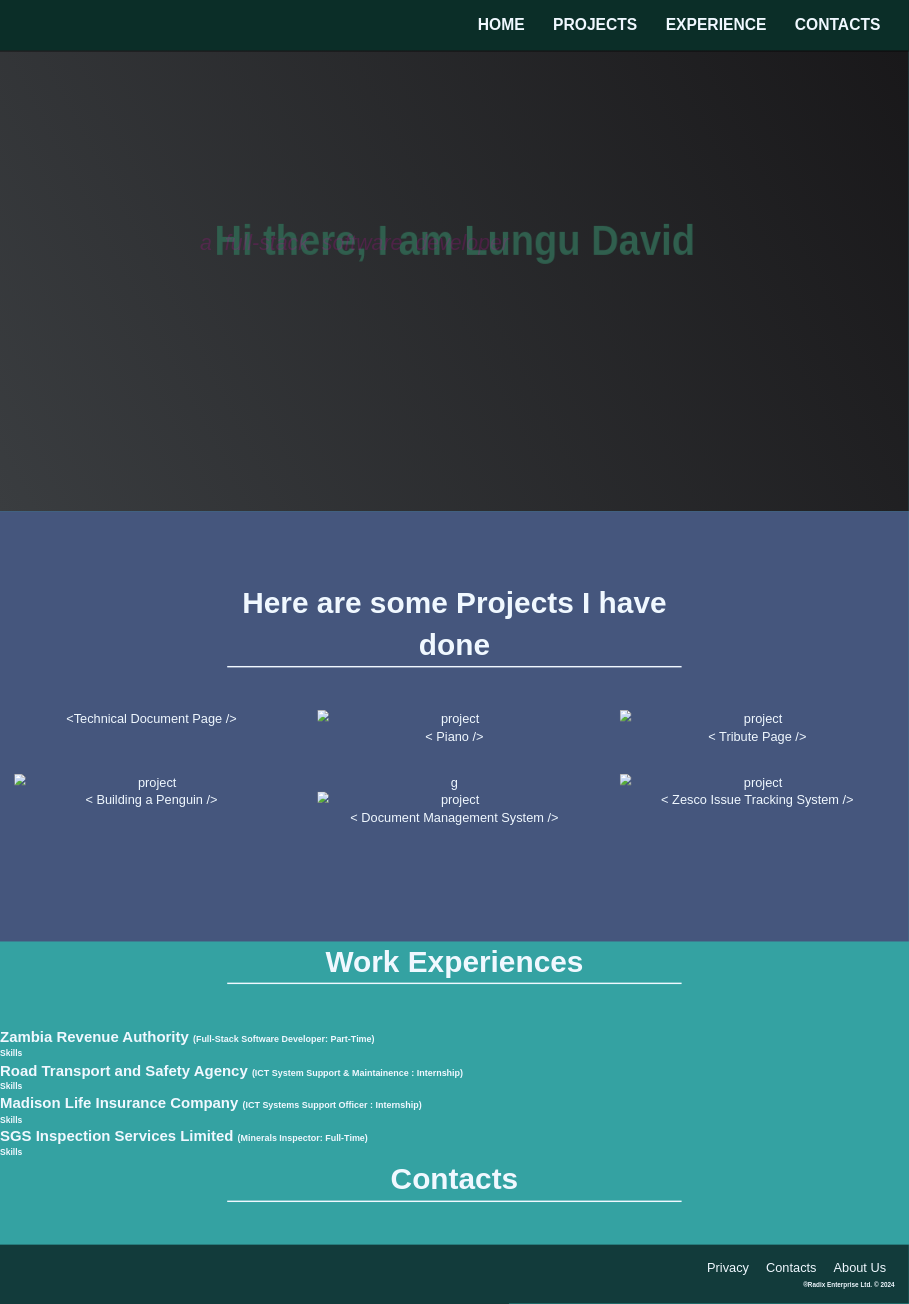
Repository: Lungdjos/personal_portifolio
Page: html/index.html
These files come from the project's save history. The page is drawn as it stood at one moment and after the next save; the edit follows.
The browser window is 1280 px wide. The pictures show the whole page, at 71% of full size.

Above is the page before, as saved 2024-02-04 00:19:17.

### html/index.html
<!DOCTYPE html>
<html lang="en">

<head>
    <meta charset="UTF-8">
    <meta name="viewport" content="width=device-width, initial-scale=1.0">
    <title>Personal Portifolio</title>
    <link rel="stylesheet" href="/css/styles.css">
</head>

<body>
    <header class="header">
        <nav id="navbar">
            <ul class="nav-list">
                <li><a href="#Home" class="nav-link"><i class=""></i>Home</a></li>
                <li>
                    <a href="#Projects" class="nav-link"> <i class=""></i>Projects</a>
                </li>
                <li>
                    <a href="#Work-Experience" class="nav-link"> <i class=""></i>Experience</a>
                </li>
                <li><a href="#Contacts" class="nav-link"><i class=""></i>Contacts</a></li>
            </ul>
        </nav>
    </header>
    <main class="m-3">
        <div id="spacer"></div>
        <section class="home" id="Home">
            <div id="welcome-section">
                <h1 id="title">Hi there, I am Lungu David</h1>
                <p id="sub-title"><span>a</span> <span>full-stack</span> <span>software</span> <span>developer</span></p>
            </div>
        </section>

        <div id="spacer"></div>
        <section class="project-section" id="Projects">
            <h2 id="project-heading" class="heading">Here are some Projects I have done</h2>

            <div class="project-grid">
                <a href="" target="_blank" class="project project-title">

                    <p class="project-title">
                        <span class="code">&lt;</span>Technical Document Page
                        <span class="code">/&gt;</span>
                    </p>

                </a>

                <a href="" target="_blank" class="project project-title">
                    <img class="project-image" src="" alt="project">
                    <p class="project-title">
                        <span class="code">&lt;</span> Piano
                        <span class="code">/&gt;</span>
                    </p>
                </a>

                <a href="" target="_blank" class="project project-title">
                    <img class="project-image" src="" alt="project">
                    <p class="project-title">
                        <span class="code">&lt;</span> Tribute Page
                        <span class="code">/&gt;</span>
                    </p>
                </a>

                <a href="" target="_blank" class="project project-title">
                    <img class="project-image" src="" alt="project">
                    <p class="project-title">
                        <span class="code">&lt;</span> Building a Penguin
                        <span class="code">/&gt;</span>
                    </p>
                </a>

                <a href="" target="_blank" class="project project-title">g
                    <img class="project-image" src="" alt="project">
                    <p class="project-title">
                        <span class="code">&lt;</span> Document Management System
                        <span class="code">/&gt;</span>
                    </p>
                </a>

                <a href="" target="_blank" class="project project-title">
                    <img class="project-image" src="" alt="project">
                    <p class="project-title">
                        <span class="code">&lt;</span> Zesco Issue Tracking System
                        <span class="code">/&gt;</span>
                    </p>
                </a>

            </div>
        </section>
        <div id="spacer"></div>
        <section class="work-exp-section" id="Work-Experience">
            <h2 class="heading work-exp-heading">Work Experiences</h2>
            <div id="grid">
                <div id="icon"></div>
                <div class="experience">
                    <h3>Zambia Revenue Authority <small>(Full-Stack Software Developer: Part-Time)</small></h3>
                    <h6 class="skills">Skills</h6>
                    <p>
                        <ul>
                            <li></li>
                            <li></li>
                            <li></li>
                            <li></li>
                        </ul>
                    </p>
                </div>
            </div>

            <div id="grid">
                <div id="icon"></div>
                <div class="experience">
                    <h3>Road Transport and Safety Agency <small>(ICT System Support & Maintainence : Internship)</small></h3>
                    <h6 class="skills">Skills</h6>
                    <p>
                        <ul>
                            <li></li>
                            <li></li>
                            <li></li>
                            <li></li>
                        </ul>
                    </p>
                </div>
            </div>

            <div id="grid">
                <div id="icon"></div>
                <div class="experience">
                    <h3>Madison Life Insurance Company <small>(ICT Systems Support Officer : Internship)</small></h3>
                    <h6 class="skills">Skills</h6>
                    <p>
                        <ul>
                            <li></li>
                            <li></li>
                            <li></li>
                            <li></li>
                        </ul>
                    </p>
                </div>
            </div>

            <div id="grid">
                <div id="icon"></div>
                <div class="experience">
                    <h3>SGS Inspection Services Limited <small>(Minerals Inspector: Full-Time)</small></h3>
                    <h6 class="skills">Skills</h6>
                    <p>
                        <ul>
                            <li></li>
                            <li></li>
                            <li></li>
                            <li></li>
                        </ul>
                    </p>
                </div>
            </div>
        </section>
        <div id="spacer"></div>
        <section class="contact" id="Contacts">
            <h2 class="heading contacts-heading">Contacts</h2>
        </section>
    </main>
    <footer>
        <ul>
            <li><a href="">Privacy</a></li>
            <li><a href="">Contacts</a></li>
            <li><a href="">About Us</a></li>
        </ul>
        <span>&REG;Radix Enterprise Ltd. &copy; 2024</span>
    </footer>
</body>

</html>

### css/styles.css
/** STYLING FOR THE PORTIFOLIO **/


/* the root selector */

:root {
    /* colors */
    --col-1: aliceblue;
    --col-2: grey;
    --bc-1: #34a2a2;
    --bc-2: #0b2e28;
    --bc-3: #123b3b;
    --bc-4: #45567d;
    /* values */
}


/* general stylings */

html {
    font-size: 62.5%;
    box-sizing: border-box;
    scroll-behavior: smooth;
}

* {
    margin: 0;
    padding: 0;
}


/* box-sizing and font sizing */

*,
*::before,
*::after {
    box-sizing: inherit;
}


/* body styling */

body {
    font-family: 'Poppins', sans-serif;
    font-size: 1.8rem;
    font-weight: 400;
    line-height: 1.4;
    color: var(--col-1);
    background-color: var(--bc-1);
}


/* headings styling */

h1,
h2 {
    font-family: 'Raleway', sans-serif;
    font-weight: 600;
    text-align: center;
}

h1 {
    font-size: 6rem;
}

h2 {
    font-size: 4.2rem;
}


/* List and anchor styling */

ul {
    list-style: none;
}

a {
    color: var(--col-1);
    text-decoration: none;
}

img {
    display: block;
    width: 100%;
}


/** NAVIGATION BAR */


/* nav bar styling */

nav {
    font-weight: 600;
}

.header {
    display: flex;
    justify-content: flex-end;
    position: fixed;
    top: 0;
    left: 0;
    width: 100%;
    box-shadow: 0 2px 0 rgba(0, 0, 0, 0.4);
    z-index: 10;
    background-color: var(--bc-2);
}

nav>ul {
    display: flex;
    margin-right: 2rem;
    text-transform: uppercase;
}

.nav-list a {
    display: block;
    font-size: 2.2rem;
    padding: 2rem;
}

.nav-list a:hover {
    background: var(--bc-4);
}


/* body styling */

#spacer {
    max-width: 1000px;
    width: 100%;
    margin: 0 auto;
}

main>li {
    list-style-type: disc;
}


/** HOME PAGE */


/* Styling or the Home Page */

.home {
    width: 100%;
    height: 100vh;
    display: flex;
    flex-direction: column;
    justify-content: center;
    align-items: center;
    background: inherit;
    background-image: linear-gradient(62deg, #3a3d40 0%, #181719 100%);
}

#welcome-section>p {
    font-size: 3rem;
    font-weight: 200;
    font-style: italic;
    color: #d0a;
}

#title {
    transform-origin: center;
    animation: rotateAndChangeColor 14s infinite ease-in-out;
}

#sub-title {
    text-indent: 10px;
}

#sub-title span {
    display: inline-block;
    animation: fallAnimation 4s infinite ease-in-out forwards;
}


/** PROJECTS */


/* styling for projects */

.project-section {
    text-align: center;
    padding: 10rem 2rem;
    background: var(--bc-4);
}

.heading {
    max-width: 640px;
    margin: 0 auto 6rem auto;
    border-bottom: .2rem solid var(--col-1);
}


/* grids */

.project-grid {
    display: grid;
    grid-template-columns: repeat(auto-fit, minmax(360px, 1fr));
    grid-gap: 4rem;
    width: 100%;
    max-width: 1280px;
    margin: 0 auto;
    margin-bottom: 6rem;
}


/* Work Experience */

.work-exp-section small {
    font-size: 60%;
}


/* #Work-Experience #icon {
    display: flex;
    flex-direction: column;
    justify-content: center;
    height: 150px;
    width: 20vw;
}

#Work-Experience .experience {
    display: flex;
    flex-direction: column;
    justify-content: center;
    height: 125px;
    width: 80vw;
    padding: 5px;
} */


/** FOOTER */


/* footer styling */

footer {
    margin-top: 25px;
    padding: 20px;
    width: 100%;
    background-color: var(--bc-3);
}

footer>ul {
    display: flex;
    justify-content: flex-end;
}

footer>ul>li {
    padding: 0 12px;
}

footer>span {
    display: flex;
    justify-content: flex-end;
    margin-top: 6px;
    font-size: .9rem;
    font-weight: bold;
}


/** ANIMATIONS AND EFFECTS */


/* Welcome Page Animations */

@keyframes rotateAndChangeColor {
    0% {
        transform: rotateY(0deg);
        color: #333;
    }
    30% {
        transform: rotateY(360deg);
        color: #2e604a;
    }
    60% {
        transform: rotate(0deg);
        color: #45567d;
    }
    90% {
        transform: rotate(360deg);
        color: #ff6347;
    }
}

@keyframes fallAnimation {
    0% {
        transform: translateY(-60px);
        opacity: 0;
    }
    50% {
        transform: translateY(-60px);
        opacity: 0.4;
    }
    100% {
        transform: translateY(0);
        opacity: 1;
    }
}


/** STYLING FOR SMALL DEVICES */


/* 1200px / 16px = 75em */

@media (max-width: 75em) {
    html {
        font-size: 60%;
    }
}


/* 980px / 16px = 61.25em */

@media (max-width: 61.25em) {
    html {
        font-size: 58%;
    }
}


/* 460px / 16px = 28.75em */

@media (max-width: 28.75em) {
    html {
        font-size: 55%;
    }
}


/* nav bar media queries */

@media (max-width: 28.75em) {
    #navbar {
        justify-content: center;
    }
    .nav-list {
        margin: 0 1rem;
    }
}


/* projects media query */

@media (max-width: 28.75em) {
    #project-heading {
        font-size: 4rem;
    }
}

After the next save:
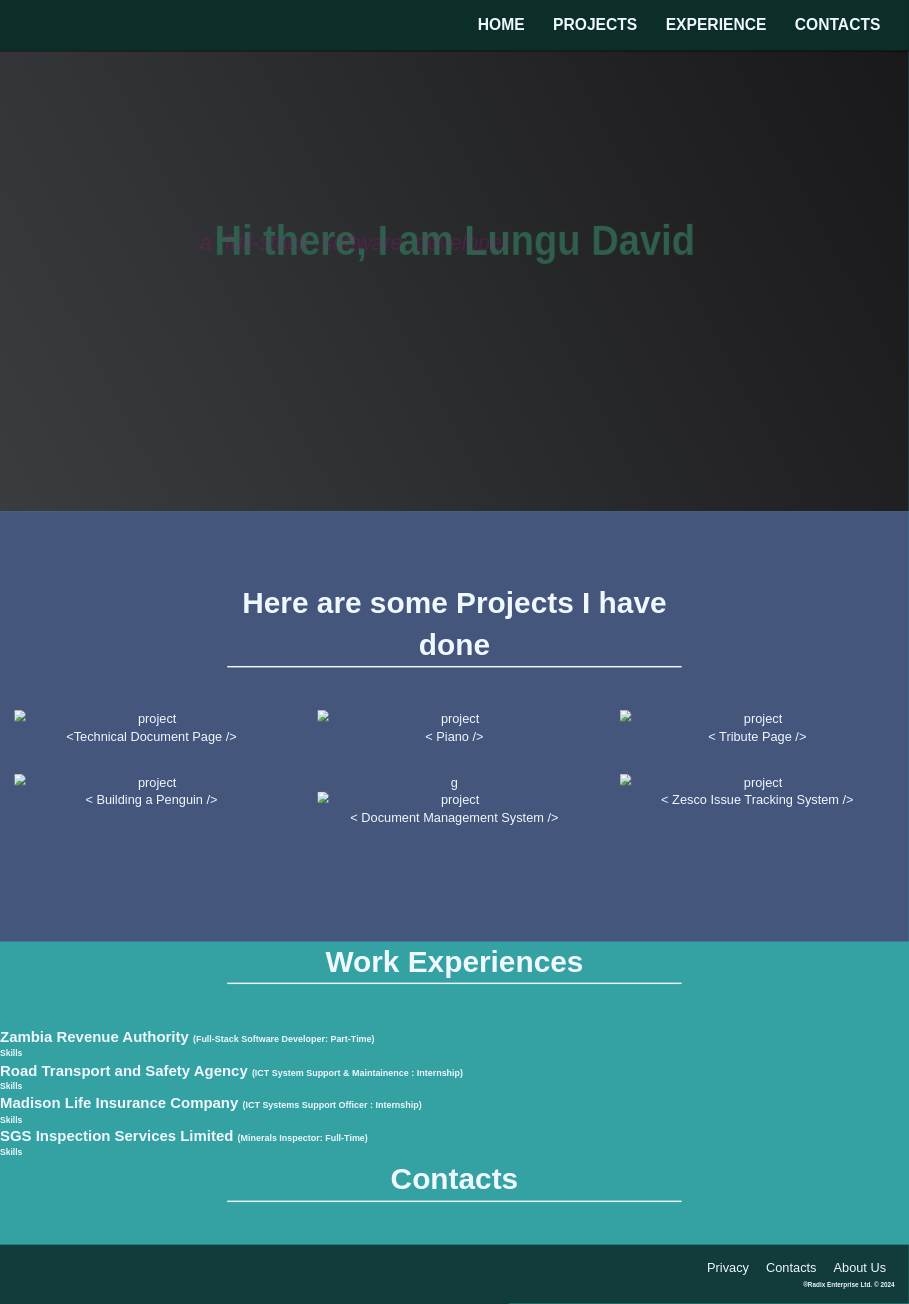
Saved 11 s later.
--- a/html/index.html
+++ b/html/index.html
@@ -38,7 +38,7 @@
 
             <div class="project-grid">
                 <a href="" target="_blank" class="project project-title">
-
+                    <img class="project-image" src="" alt="project">
                     <p class="project-title">
                         <span class="code">&lt;</span>Technical Document Page
                         <span class="code">/&gt;</span>
